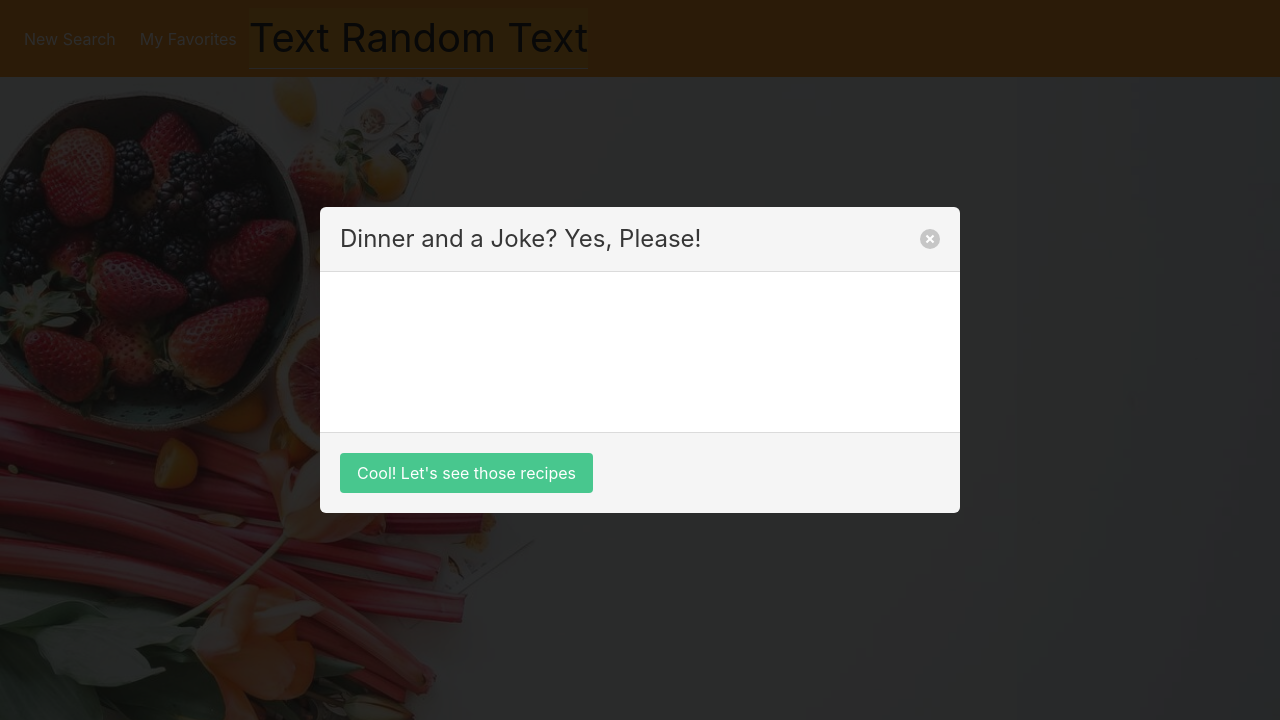
Repository: puakehaulani/the-hungry-app-proj1
Page: results.html
The author's editor kept a copy of each file at every save. The page is drawn from the files as they stood at one save, then again after the next save.
The browser window is 1280 px wide. The pictures show the whole page.
The page's requests for data from a server got no answer. Some web libraries are served in a nearby version.

Above is the page before, as saved 2020-10-16 21:29:59.

After the next save:
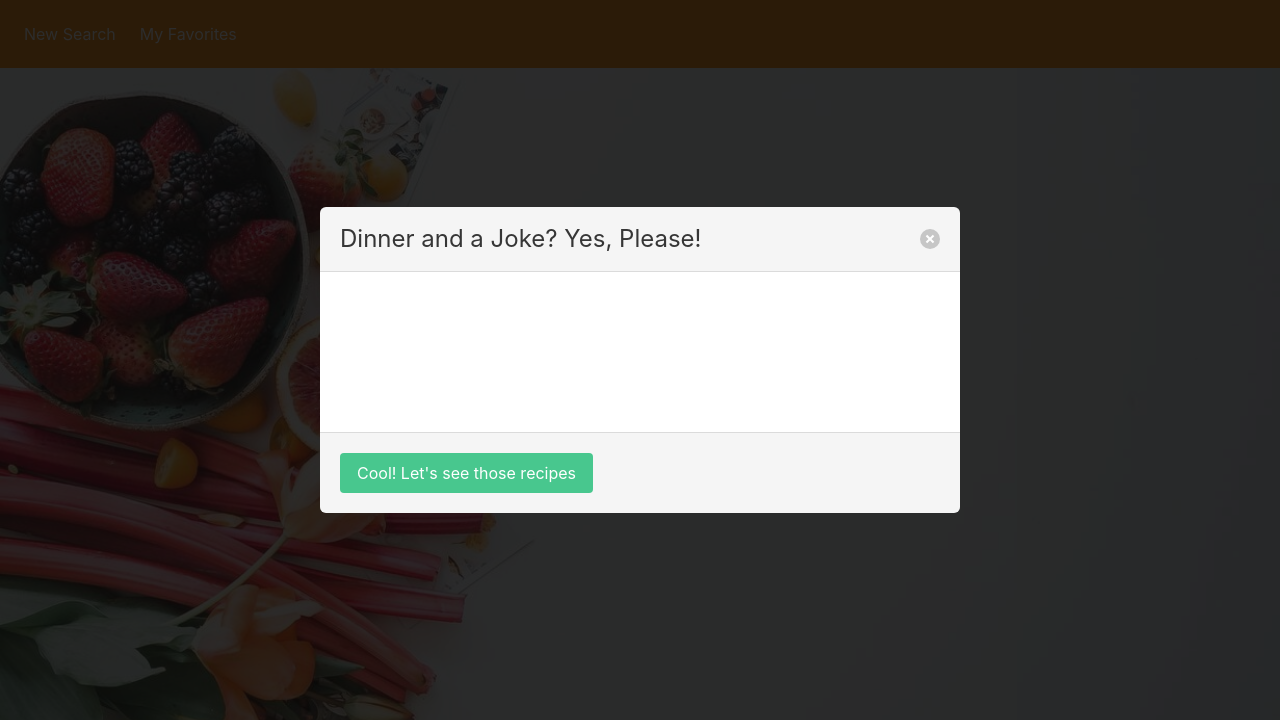
Saved 33 s later.
--- a/results.html
+++ b/results.html
@@ -32,10 +32,10 @@
                         </div>
                     </div>
                 <nav class="tabs is-centered is-size-5-mobile is-size-3-tablet is-size-2-widescreen" role="navigation" aria-label="main navigation">
-    <ul id="display">
+    <ul id="display"
         Text
         Random
-        Text
+        Text>
     </ul>
 
     <!-- bulma fontawesome -->
